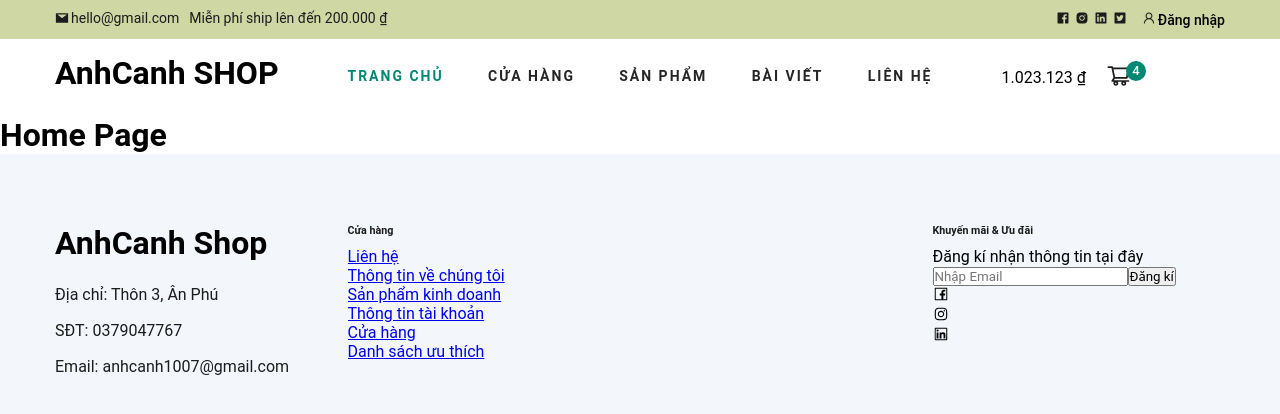
Repository: anhcanh1007/show_product
Page: /
These files come from the project's save history. The page is drawn as it stood at one moment and after a run of saves; the edit follows.
The browser window is 1280 px wide. The pictures show the whole page.
The project was rebuilt for these pictures with package versions that can differ from the ones it lists, and the page was loaded fresh each time. Imported but missing from the stored project, and not drawn on this page: src/pages/user/profilePage.

Above is the page before, as saved 2024-01-26 23:03:17.

### src/index.js
import React from "react";
import ReactDOM from "react-dom/client";
import { BrowserRouter } from "react-router-dom";
import RouterCustom from "./router";
import "./style/style.scss";

const root = ReactDOM.createRoot(document.getElementById("root"));
root.render(
  <BrowserRouter>
    <RouterCustom />
  </BrowserRouter>
);

// If you want to start measuring performance in your app, pass a function
// to log results (for example: reportWebVitals(console.log))
// or send to an analytics endpoint. Learn more: https://bit.ly/CRA-vitals

### src/router.js
import { ROUTERS } from "./utils/router";
import HomePage from "./pages/user/homePage";
import ProfilePage from "./pages/user/profilePage";
import { Route, Routes } from "react-router-dom";
import MasterLayout from "./pages/user/theme/masterLayout";

const renderUserRouter = () => {
  const userRouters = [
    {
      path: ROUTERS.USER.HOME,
      component: <HomePage />,
    },
    {
      path: ROUTERS.USER.PROFILE,
      component: <ProfilePage />,
    },
  ];

  return (
    <MasterLayout>
      <Routes>
        {userRouters.map((item, key) => (
          <Route key={key} path={item.path} element={item.component} />
        ))}
      </Routes>
    </MasterLayout>
  );
};

const RouterCustom = () => {
  return renderUserRouter();
};

export default RouterCustom;

### src/style/style.scss
@import './pages/all';
@import './pages/responsive';

### src/utils/router.js
export const ROUTERS = {
  USER: {
    HOME: "",
    PROFILE: "thong-tin-ca-nhan",
  },
};

### src/pages/user/homePage/index.js
import { memo } from "react";

const HomePage = () => {
  return <h1>Home Page</h1>;
};

export default memo(HomePage);

### src/pages/user/theme/masterLayout/index.js
import { memo } from "react";
import Header from "../header";
import Footer from "../footer";

const MasterLayout = ({ children, ...props }) => {
  return (
    <div {...props}>
      <Header />
      {children}
      <Footer />
    </div>
  );
};

export default memo(MasterLayout);

### src/style/pages/_all.scss
@use "sass:map";
@import './theme';
@import './responsive';

html, body {
    margin: 0;
}

* {
    font-family: Roboto;
    padding: 0;
    margin: 0;
}

.container {
    max-width: 1170px;
    width: 100%;
    padding-left: 15px;
    padding-right: 15px;
    // background: map.get($theme-colors, "main");
    margin: auto;
}

.row {
    display: flex;
    flex-wrap: wrap;
}

.col-6 {
    flex: 0 0 50%;
    max-width: 50%;
}

.col-lg-3 {
    flex: 0 0 25%;
    max-width: 25%;
}

.col-lg-6 {
    flex: 0 0 50%;
    max-width: 50%;
}

@include Responsive($DESTOP) {
    .col-xl-3 {
        flex: 0 0 25%;
        max-width: 25%;
    }
    .col-xl-6 {
        flex: 0 0 50%;
        max-width: 50%;
    }
}

@include Responsive($MEDIUM_DEVICE) {
    .col-lg-3 {
        flex: 0 0 25%;
        max-width: 25%;
        background: red;
    }
}

### src/style/pages/_theme.scss
$theme-colors : (
    "main" : #008874,
    "normal_text": #1c1c1c,
    "bold_text": #252525,
)

### src/style/pages/_responsive.scss
$DESTOP: "DESTOP";
$MEDIUM_DEVICE: "MEDIUM_DEVICE";
$TABLE_DEVICE: "TABLE_DEVICE";
$WIDE_MOBILE: "WIDE_MOBILE";
$SMALL_DEVICES: "SMALL_DEVICES";

@mixin Responsive($canvas) {
    @if $canvas == $DESTOP {
        @media only screen and (min-width: 1200px){
            @content;
        }
    } @else if $canvas == $MEDIUM_DEVICE {
        @media only screen and (min-width: 992px) and (max-width: 1199px){
            @content;
        }
    } @else if $canvas == $TABLE_DEVICE {
        @media only screen and (min-width: 768px) and (max-width: 991px){
            @content;
        }
    } @else if $canvas == $WIDE_MOBILE {
        @media only screen and (max-width: 767px){
            @content;
        }
    } @else if $canvas == $MEDIUM_DEVICE {
        @media only screen and (max-width: 575px){
            @content;
        }
    }
}

### src/pages/user/theme/header/index.js
import { memo, useState } from "react";
import {
  AiFillFacebook,
  AiFillInstagram,
  AiFillLinkedin,
  AiFillMail,
  AiFillTwitterSquare,
  AiOutlineShoppingCart,
  AiOutlineUser,
} from "react-icons/ai";
import "./style.scss";
import { Link } from "react-router-dom";
import { formater } from "utils/formater";
import { ROUTERS } from "utils/router";

const Header = () => {
  const [menus, setMenus] = useState([
    {
      name: "Trang chủ",
      path: ROUTERS.USER.HOME,
    },
    {
      name: "Cửa hàng",
      path: ROUTERS.USER.HOME,
    },
    {
      name: "Sản phẩm",
      path: "",
      isShowSubmenu: false,
      child: [
        {
          name: "Thịt",
          path: "",
        },
        {
          name: "Rau củ",
          path: "",
        },
        {
          name: "Thức ăn nhanh",
          path: "",
        },
      ],
    },
    {
      name: "Bài viết",
      path: ROUTERS.USER.HOME,
    },
    {
      name: "Liên hệ",
      path: ROUTERS.USER.HOME,
    },
  ]);
  return (
    <>
      <div className="header__top">
        <div className="container">
          <div className="row">
            <div className="col-6 header__top_left">
              <ul>
                <li>
                  <AiFillMail />
                  <span>hello@gmail.com</span>
                </li>
                <li>Miễn phí ship lên đến {formater(200000)}</li>
              </ul>
            </div>
            <div className="col-6 header__top_right">
              <ul>
                <li>
                  <Link to={""}>
                    <AiFillFacebook />
                  </Link>
                </li>
                <li>
                  <Link to={""}>
                    <AiFillInstagram />
                  </Link>
                </li>
                <li>
                  <Link to={""}>
                    <AiFillLinkedin />
                  </Link>
                </li>
                <li>
                  <Link to={""}>
                    <AiFillTwitterSquare />
                  </Link>
                </li>
                <li>
                  <Link to={""}>
                    <AiOutlineUser />
                  </Link>
                  <span>Đăng nhập</span>
                </li>
              </ul>
            </div>
          </div>
        </div>
      </div>
      <div className="container">
        <div className="row">
          <div className="col-xl-3">
            <div className="header__logo">
              <h1>AnhCanh SHOP</h1>
            </div>
          </div>
          <div className="col-xl-6">
            <nav className="header__menu">
              <ul>
                {menus?.map((menu, menuKey) => (
                  <li key={menuKey} className={menuKey === 0 ? "active" : ""}>
                    <Link to={menu.path}>{menu.name}</Link>
                    {menu.child && (
                      <ul className="header__menu_dropdown">
                        {menu.child.map((childItem, childKey) => (
                          <li key={`${menuKey}-${childKey}`}>
                            <Link to={childItem.path}>{childItem.name}</Link>
                          </li>
                        ))}
                      </ul>
                    )}
                  </li>
                ))}
              </ul>
            </nav>
          </div>
          <div className="col-xl-3">
            <div className="header__cart">
              <div className="header__cart_price">
                <span>{formater(1023123)}</span>
              </div>
              <ul>
                <li>
                  <Link to="#">
                    <AiOutlineShoppingCart /> <span>4</span>
                  </Link>
                </li>
              </ul>
            </div>
          </div>
        </div>
      </div>
    </>
  );
};

export default memo(Header);

### src/pages/user/theme/footer/index.js
import { memo } from "react";
import "./style.scss";
import { Link } from "react-router-dom";
import {
  AiOutlineFacebook,
  AiOutlineInstagram,
  AiOutlineLinkedin,
} from "react-icons/ai";

const Footer = () => {
  return (
    <>
      <footer className="footer">
        <div className="container">
          <div className="row">
            <div className="col-lg-3">
              <div className="footer__about">
                <h1 className="footer__about_logo">AnhCanh Shop</h1>
                <ul>
                  <li>Địa chỉ: Thôn 3, Ân Phú</li>
                  <li>SĐT: 0379047767</li>
                  <li>Email: anhcanh1007@gmail.com</li>
                </ul>
              </div>
            </div>
            <div className="col-lg-6">
              <div className="footer__widget">
                <h6>Cửa hàng</h6>
                <ul>
                  <li>
                    <Link to="">Liên hệ</Link>
                  </li>
                  <li>
                    <Link to="">Thông tin về chúng tôi</Link>
                  </li>
                  <li>
                    <Link to="">Sản phẩm kinh doanh</Link>
                  </li>
                </ul>
                <ul>
                  <li>
                    <Link to="">Thông tin tài khoản</Link>
                  </li>
                  <li>
                    <Link to="">Cửa hàng</Link>
                  </li>
                  <li>
                    <Link to="">Danh sách ưu thích</Link>
                  </li>
                </ul>
              </div>
            </div>
            <div className="col-lg-3">
              <div className="footer__widget">
                <h6>Khuyến mãi & Ưu đãi</h6>
                <p>Đăng kí nhận thông tin tại đây</p>
                <form action="#">
                  <div>
                    <input type="text" placeholder="Nhập Email" />
                    <button type="submit" className="submit-button">
                      Đăng kí
                    </button>
                  </div>
                  <div>
                    <div>
                      <AiOutlineFacebook />
                    </div>
                    <div>
                      <AiOutlineInstagram />
                    </div>
                    <div>
                      <AiOutlineLinkedin />
                    </div>
                  </div>
                </form>
              </div>
            </div>
          </div>
        </div>
      </footer>
    </>
  );
};

export default memo(Footer);

### src/pages/user/theme/header/style.scss
@use "sass:map";
@import 'style/pages/_theme.scss';
.header__top{
    background-color: #CFD7A4;
}

.header__top_left {
    padding: 10px 0 10px;
    ul {
        display: flex;
        align-items: center;
        column-gap: 10px;
        list-style: none;

        li{
            font-size: 14px;
            color: map.get($theme-colors, "normal_text");
            display: flex;
            align-items: center;
            column-gap: 2px;
        }
    }
}

.header__top_right {
    display: flex;
    justify-content: flex-end;
    padding: 10px 0 10px;
    align-items: center;

    ul {
        display: flex;
        column-gap: 5px;
        list-style: none;

        li:last-child{
            margin-left: 10px;

            span {
                font-size: 14px;
                margin-left: 2px;
                font-weight: 500;
            }
        }

        a {
            font-size: 14px;
            display: inline-block;
            color: map.get($theme-colors, "normal_text");
        }
    }
}

.header__logo {
    padding: 15px 0;
}

.header__menu {
    padding: 24px 0;

    ul {
        display: flex;
        justify-content: space-between;

        li {
            list-style: none;

            a {
                text-decoration: none;
                font-size: 14px;
                color: map.get($theme-colors, 'bold_text');
                font-weight: bold;
                text-transform: uppercase;
                letter-spacing: 2px;
                transition: all 0.3s;
                padding: 5px 0;
                display: block;
            }
        }

        li:hover .header__menu_dropdown {
            opacity: 1;
            visibility: visible;
        }

        .active a{
            color: map.get($theme-colors, 'main');
        }

        .header__menu_dropdown {
            background-color: #222222;
            display: block;
            position: absolute;
            width: 180px;
            z-index: 9;
            padding: 5px 0;
            transition: all, 0.3s;
            opacity: 0;
            visibility: hidden;

            a{
                text-transform: capitalize;
                color: #ffffff;
                font-weight: 400;
                padding: 5px 15px;
            }

            :hover {
                color: map.get($theme-colors, 'main');
            }
        }
    }
}

.header__cart {
    display: flex;
    justify-content: center;
    align-items: center;
    padding: 24px 0;

    ul {
        display: flex;
        margin-right: 25px;

        li {
            list-style: none;
            position: relative;
            margin-left: 20px;

            svg {
                font-size: 25px;
                color: map.get($theme-colors, "normal_text");
            }

            span {
                color: white;
                background-color: map.get($theme-colors, "main");
                position: absolute;
                height: 20px;
                width: 20px;
                border-radius: 40px;
                display: inline-block;
                text-align: center;
                line-height: 20px;
                font-size: 13px;
                font-weight: 500;
                left: 20px;
                top: -2px;
            }
        }
    }

}

### src/utils/formater.js
export const formater = (number) => {
  return new Intl.NumberFormat("vi-VN", {
    style: "currency",
    currency: "VND",
  }).format(number);
};

### src/pages/user/theme/footer/style.scss
@use "sass:map";
@import 'style/pages/_theme.scss';

.footer {
    background: #F3F6FA;
    padding-top: 70px;
    padding-bottom: 0;
    .footer__about {
        margin-bottom: 30px;

        .footer__about_logo {
            margin-bottom: 15px;
            display: inline-block;
        }

        ul {

            li {
                list-style: none;
                color: map.get($theme-colors, 'normal_text');
                font-style: 16px;
                line-height: 36px;
            }
        }
    }

    .footer__widget {
        margin-bottom: 30px;
        overflow: hidden;

        h6 {
            color: map.get($theme-colors,'normal_text');
            margin-bottom: 10px;
            font-style: 16px;
            font-weight: 700;
        }
    }
}

Loaded but not shown: public/index.html (common file)

After the next 4 saves:
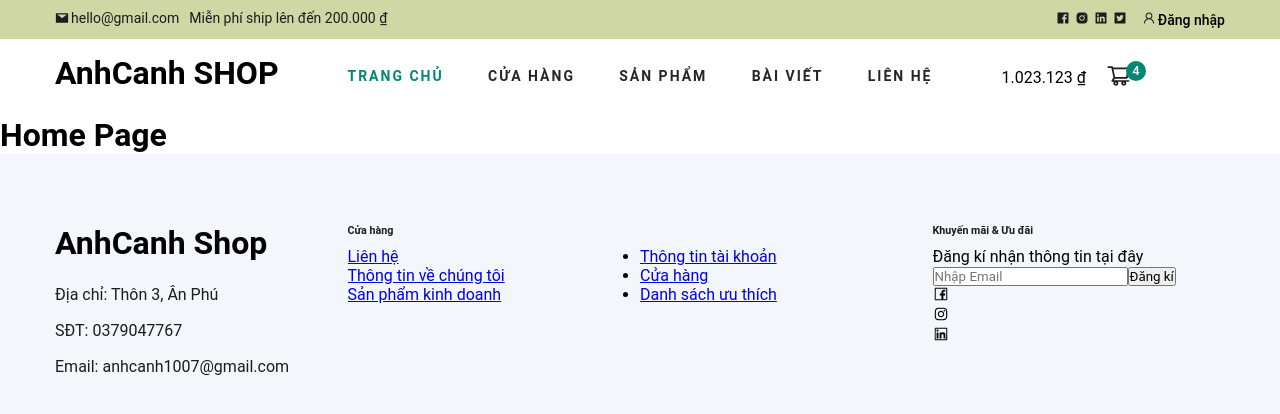
The 4 saves are shown as one change because they came seconds apart.
The last was saved 2 min 4 s later.
--- a/src/pages/user/theme/footer/style.scss
+++ b/src/pages/user/theme/footer/style.scss
@@ -34,5 +34,11 @@
             font-style: 16px;
             font-weight: 700;
         }
+
+        ul {
+            float: left;
+            width: 50%;
+
+        }
     }
 }
